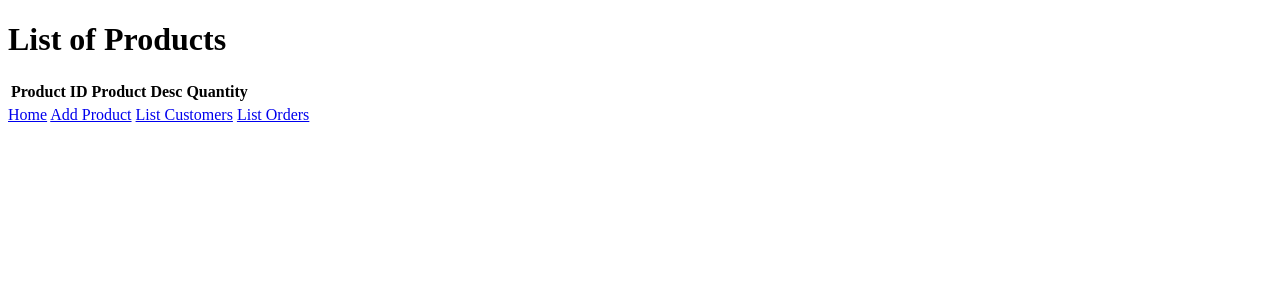
Repository: JackMcnamee/AdvDataCentricY3S2
Page: http://localhost/G00359656/jsp/showProducts.jsp
The author's editor kept a copy of each file at every save. The page is drawn from the files as they stood at one save, then again after the next save.
The browser window is 1280 px wide. The pictures show the whole page.
The page is served by Tomcat 9. The template is opened directly, without the code that normally fills it, so the values that code supplies are empty.

Above is the page before, as saved 2020-04-26 18:11:49.

After the next save:
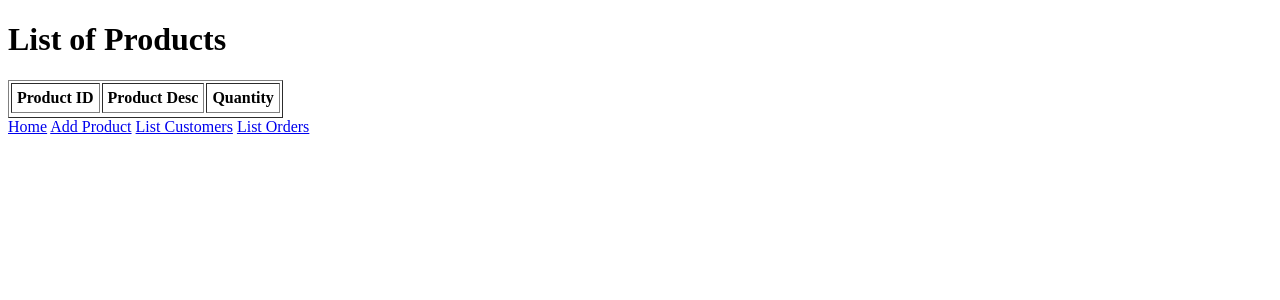
Saved 39 s later.
--- a/G00359656/src/main/webapp/jsp/showProducts.jsp
+++ b/G00359656/src/main/webapp/jsp/showProducts.jsp
@@ -10,7 +10,7 @@
 </head>
 <body>
 <h1>List of Products</h1>
-<table>
+<table border="1" cellpadding="5">
   <tr>
    <th>Product ID</th>
    <th>Product Desc</th>
